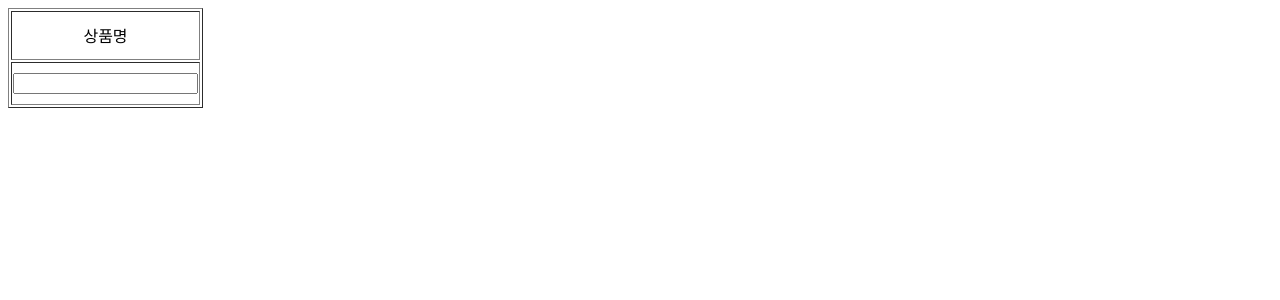
Repository: gunvv00/Java_practice
Page: html_work/html01/WebContent/goods.html
These files come from the project's save history. The page is drawn as it stood at one moment and after the next save; the edit follows.
The browser window is 1280 px wide. The pictures show the whole page.

Above is the page before, as saved 2020-01-02 07:21:54.

### html_work/html01/WebContent/goods.html
<!DOCTYPE html>
<html>
<head>
<meta charset="UTF-8">
<title>상품등록</title>
</head>
<body>
<form action = "good.jsp" method = "post">
	<TABLE Border = 1 height = 100 >
		<tr>
			<td align = "center" >상품명</td>
		</tr>
		<tr>
			<td><input type = "product" name="" value = ""></td>
		</tr>



</body>
</html>

After the next save:
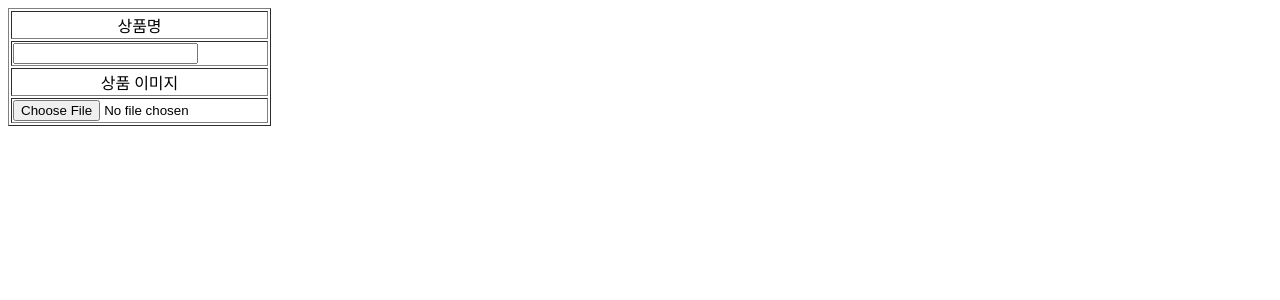
Saved 2 min 47 s later.
--- a/html_work/html01/WebContent/goods.html
+++ b/html_work/html01/WebContent/goods.html
@@ -13,6 +13,11 @@
 		<tr>
 			<td><input type = "product" name="" value = ""></td>
 		</tr>
+		<tr>
+			<td align = "center" >상품 이미지</td>
+		</tr>
+		<tr>
+			<td><input type='file' id='file' name='file' />
 
 
 
